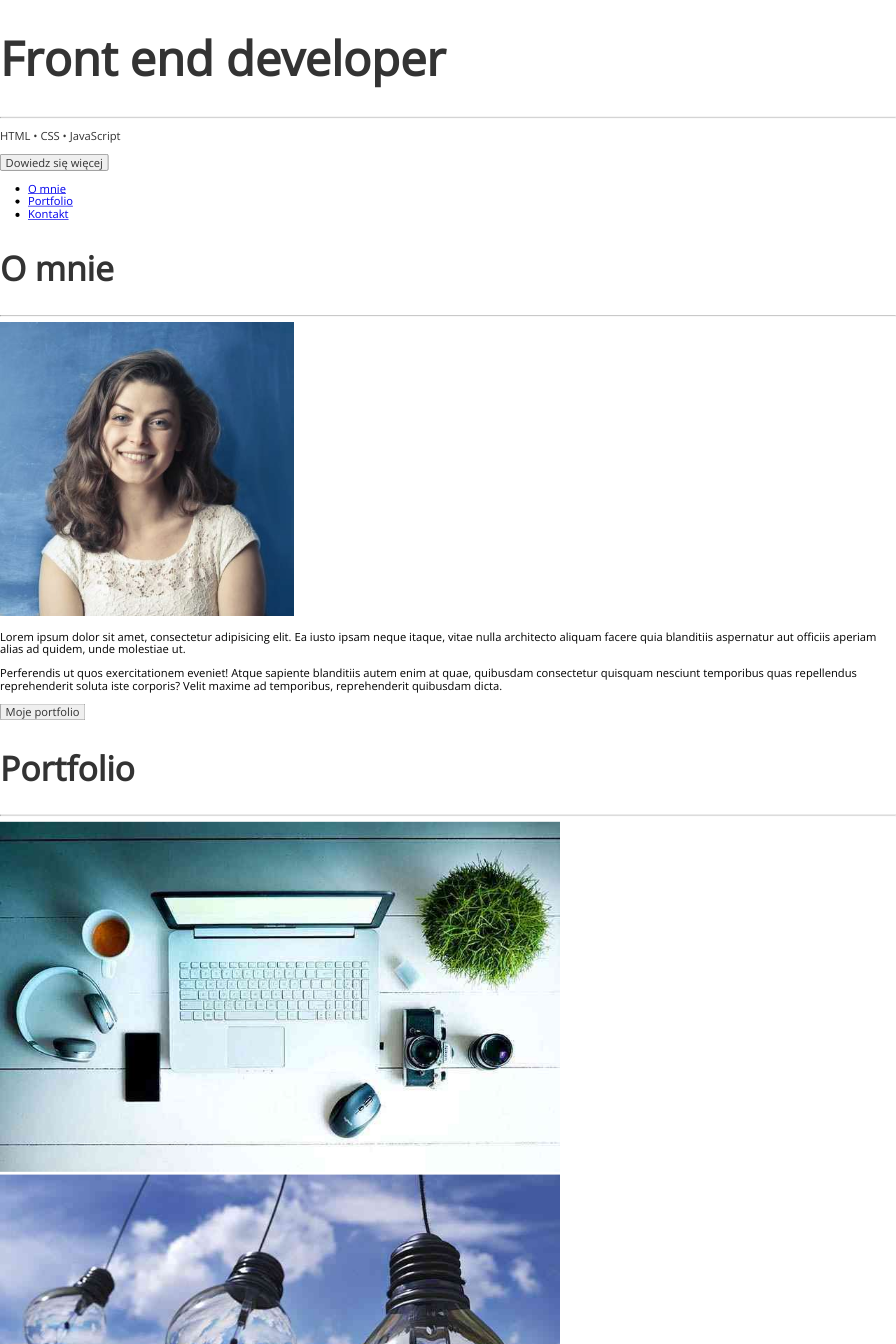
Repository: magdaf41/CSS
Page: zadanie_9/index.html
These files come from the project's save history. The page is drawn as it stood at one moment and after the next save; the edit follows.
The browser window is 1280 px wide. The pictures show the part of the page from y = 0 to 1920 px (the page is 7478 px tall before and 7783 px after), at 70% of full size.

Above is the page before, as saved 2020-08-25 20:41:14.

### zadanie_9/index.html
<!DOCTYPE html>
<html lang="pl">

<head>
    <meta charset="UTF-8">
    <meta name="viewport" content="width=device-width, initial-scale=1.0">
    <title>Portfolio</title>
    <link rel="stylesheet" href="css/normalize.css">

    <link rel="stylesheet" href="https://cdnjs.cloudflare.com/ajax/libs/font-awesome/4.7.0/css/font-awesome.min.css">

    <link href="https://fonts.googleapis.com/css2?family=Open+Sans:wght@300;400&display=swap" rel="stylesheet">

    <link rel="stylesheet" href="css/style.css">
</head>

<body>
    <header id="header">
        <div class="header-content">
        <h1>Front end developer</h1>
        <hr>
        <p>HTML &bull; CSS &bull; JavaScript </p>
        <button class="button">Dowiedz się więcej</button>
    </div>
    </header>

    <nav>
        <ul>
            <li class="about"><a href="#about">O mnie </a> </li>
            <li class="portfolio"><a href="#portfolio">Portfolio</a></li>
            <li id="contact"><a href="#contact">Kontakt</a></li>
        </ul>
    </nav>

    <section id="about">
        <h2 class="title">O mnie</h2>
        <hr>
        <img src="img/about.jpg" alt="moje_zdjęcie">
        <p>Lorem ipsum dolor sit amet, consectetur adipisicing elit. Ea iusto ipsam neque itaque, vitae nulla architecto
            aliquam facere quia blanditiis aspernatur aut officiis aperiam alias ad quidem, unde molestiae ut.</p>
        <p>Perferendis ut quos exercitationem eveniet! Atque sapiente blanditiis autem enim at quae, quibusdam
            consectetur quisquam nesciunt temporibus quas repellendus reprehenderit soluta iste corporis? Velit maxime
            ad temporibus, reprehenderit quibusdam dicta.</p>
        <button class="button">Moje portfolio</button>

    </section>

    <section id="portfolio">
        <h2 class="title">Portfolio</h2>
        <hr>
        <img src="img/portfolio/photo-1.jpg" alt="photo-1">
        <img src="img/portfolio/photo-2.jpg" alt="photo-2">
        <img src="img/portfolio/photo-3.jpg" alt="photo-3">
        <img src="img/portfolio/photo-4.jpg" alt="photo-4">
        <img src="img/portfolio/photo-5.jpg" alt="photo-5">
        <img src="img/portfolio/photo-6.jpg" alt="photo-6">
        <img src="img/portfolio/photo-7.jpg" alt="photo-7">
        <img src="img/portfolio/photo-8.jpg" alt="photo-8">
        <img src="img/portfolio/photo-9.jpg" alt="photo-9">
        <img src="img/portfolio/photo-10.jpg" alt="photo-10">
        <img src="img/portfolio/photo-11.jpg" alt="photo-11">
        <img src="img/portfolio/photo-12.jpg" alt="photo-12">
    </section>

    <section id="contact"></section>
    <h2 class="title">Kontakt</h2>
    <hr>
    <form class="form">
        <input type="text" name="name" id="name" placeholder="Imię">
        <input type="email" name="email" id="email" placeholder="Email">
        <textarea name="message" id="message" placeholder="Wiadomość"></textarea>
        <button type="submit" class="button">Wyślij wiadomość</button>
    </form>

    <a href="#" class="fa fa-facebook"></a>
    <a href="#" class="fa fa-twitter"></a>

    <footer>
        <p>Copyright&copy; Magdalena Falkowska-Legieć
        <p></p>
    </footer>

</body>

</html>

### zadanie_9/css/style.css
* {
    box-sizing: border-box;
}

body {
    font-family: 'Open Sans', sans-serif;
}
    /* Header style */
    .header {
        height: 70vh;
        background-image: url(.../img/header.jpg);
        background-size: cover;
        background-position: center;
        background-repeat: no-repeat;
    }


hr {
    color: blue;
}

h1 {
    font-size: 4.2em;
}

#header {
    color: #333;
}

.button {
    color: #333;
}

.skills {
    font-size: 1.3em;
}

.menu {
    font-size: 1.9em;
}

.title {
    font-size: 3em;
    color: #333;
}

Loaded but not shown: zadanie_9/css/normalize.css (library)

After the next save:
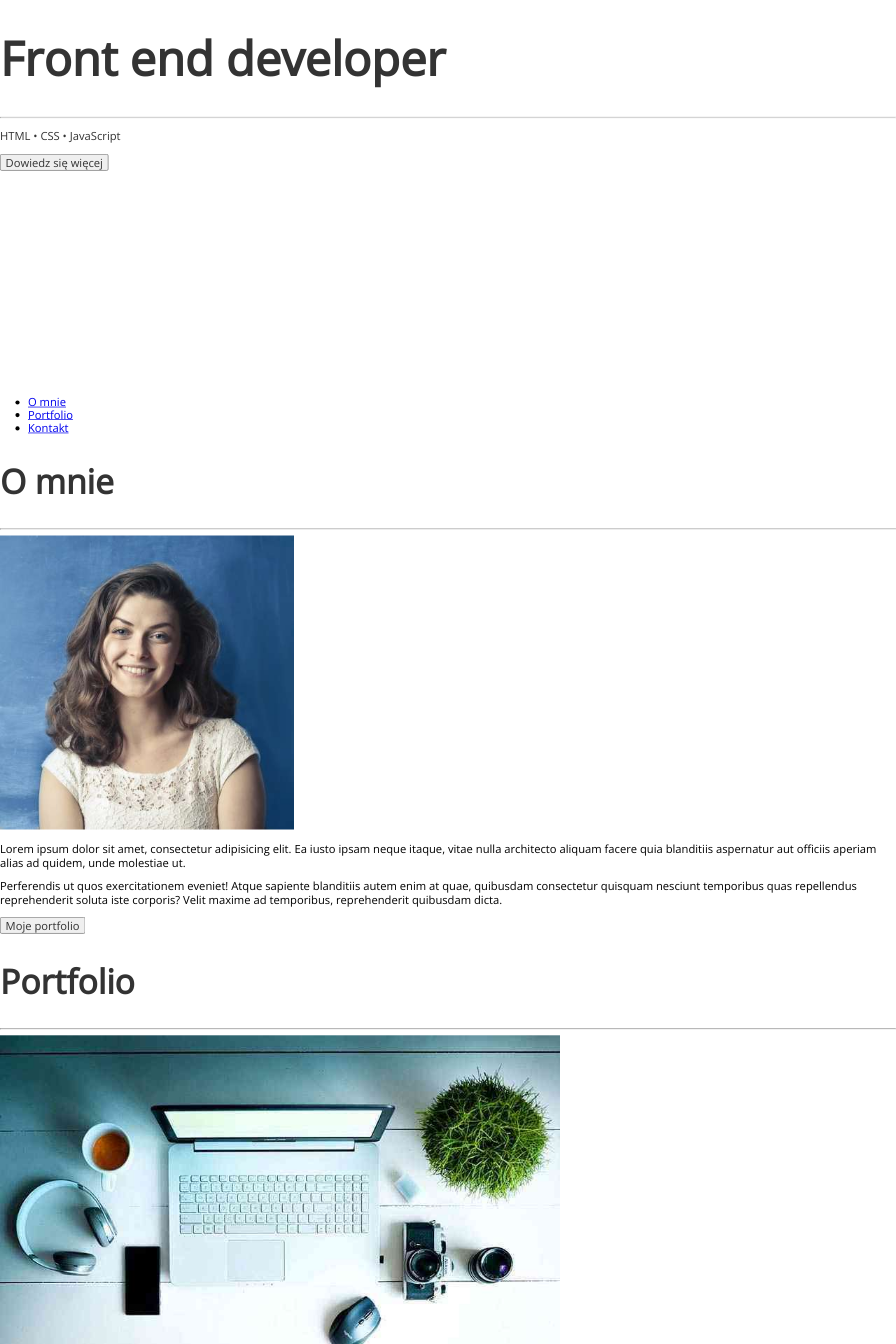
Not found: zadanie_9/css/.../img/header.jpg
Saved 5 s later.
--- a/zadanie_9/css/style.css
+++ b/zadanie_9/css/style.css
@@ -6,7 +6,7 @@ body {
     font-family: 'Open Sans', sans-serif;
 }
     /* Header style */
-    .header {
+    #header {
         height: 70vh;
         background-image: url(.../img/header.jpg);
         background-size: cover;
